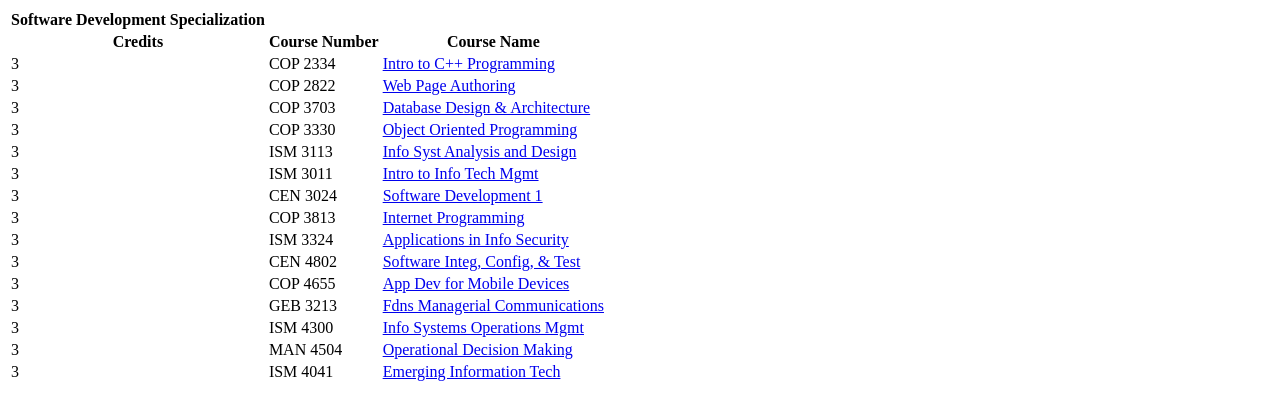
Repository: mlmEFSC21/P5-DegreeTableStyling
Page: index.html
An editor plug-in stored every save of this project. The page is shown before and after the next save, followed by the edit.
The browser window is 1280 px wide. The pictures show the whole page.

Above is the page before, as saved 2022-02-09 13:56:22.

After the next save:
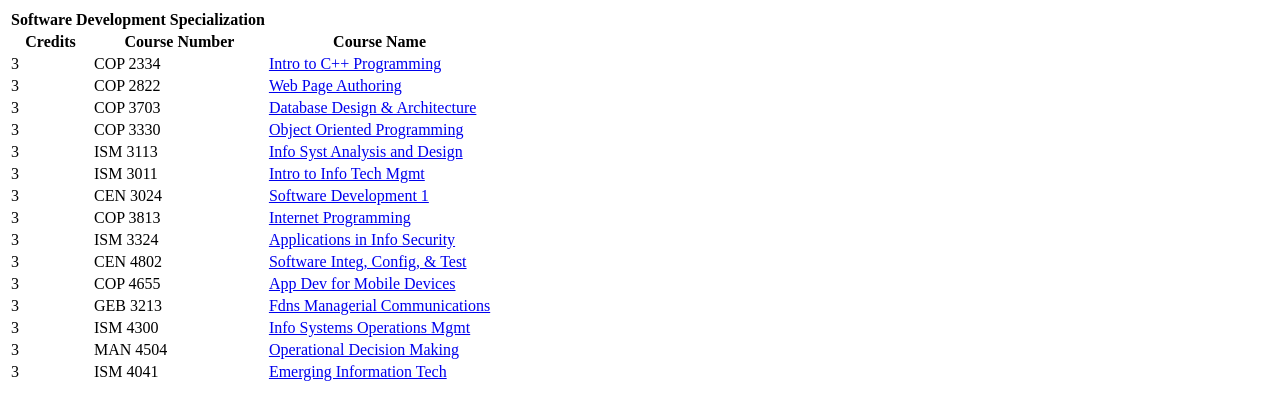
Saved 15 s later.
--- a/index.html
+++ b/index.html
@@ -9,8 +9,8 @@
     <body>
         <table>
             <thead>
-                <tr colspan="2">
-                    <th>Software Development Specialization</th>
+                <tr>
+                    <th colspan="2">Software Development Specialization</th>
                 </tr>
                 <tr>
                     <th>Credits</th>
